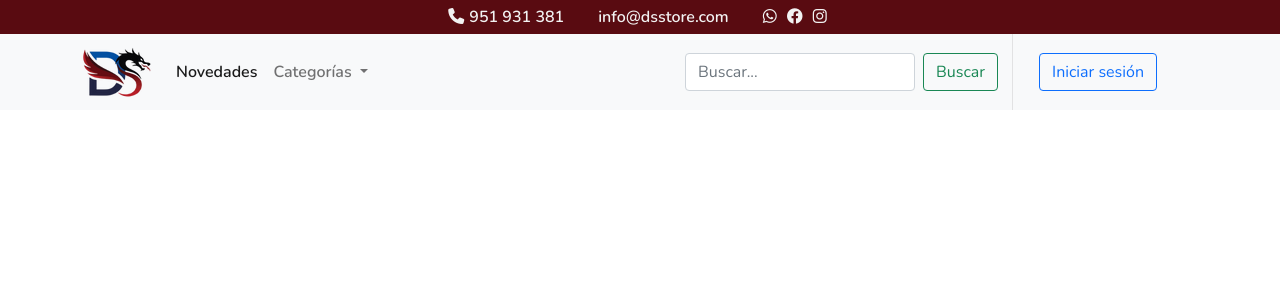
Repository: leasever/store-ts
Page: index.html
The author's editor kept a copy of each file at every save. The page is drawn from the files as they stood at one save, then again after the next save.
The browser window is 1280 px wide. The pictures show the whole page.
Some web libraries are served in a nearby version. The style sheet was rebuilt from its Sass, Less or Tailwind sources for each picture, by a compiler version that may differ from the author's.

Above is the page before, as saved 2022-09-13 10:58:16.

After the next save:
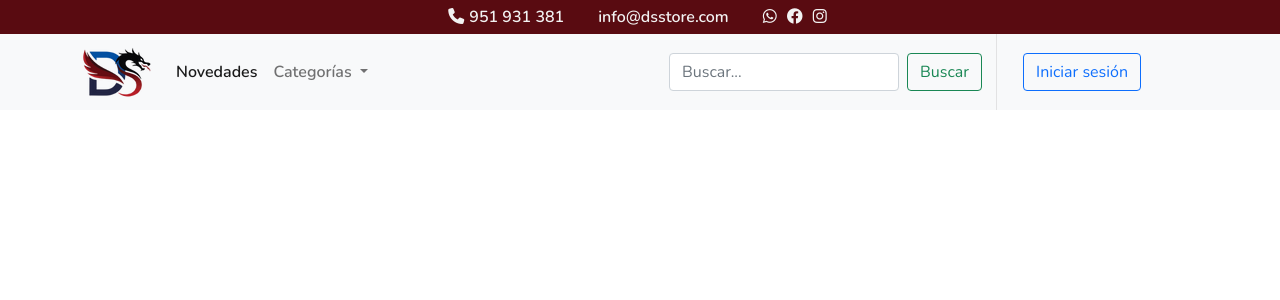
Saved 31 s later.
--- a/index.html
+++ b/index.html
@@ -81,7 +81,7 @@
                   </form>
 
                </div>
-               <div class="login" id="loginModalButtonContainer">
+               <div class="login navbar-brand" id="loginModalButtonContainer">
                   <a href="#loginModal" class="btn btn-outline-primary " data-bs-toggle="modal">Iniciar sesión</a>
                </div>
             </nav>
